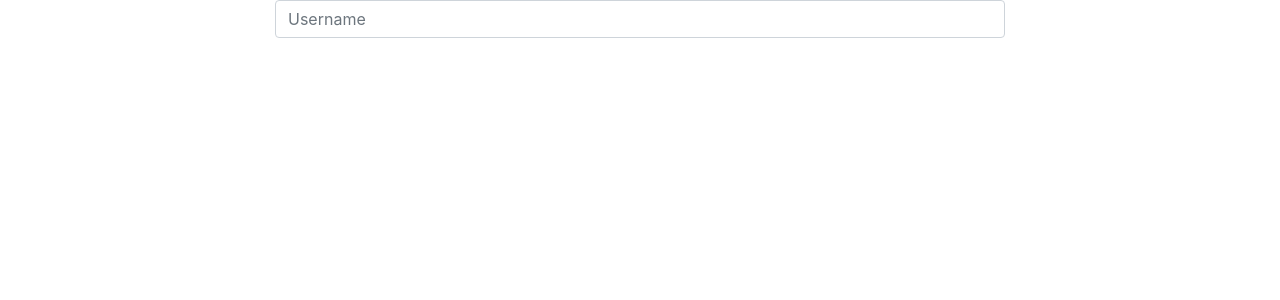
Repository: iian0910/vue3_todoList
Page: /
The author's editor kept a copy of each file at every save. The page is drawn from the files as they stood at one save, then again after the next save.
The browser window is 1280 px wide. The pictures show the whole page.
The project was rebuilt for these pictures with package versions that can differ from the ones it lists, and the page was loaded fresh each time.

Above is the page before, as saved 2021-02-23 14:45:14.

### src/App.vue
<template>
  <TodoList/>
</template>

<script lang="ts">
import { defineComponent } from 'vue'
import TodoList from './components/TodoList.vue'

export default defineComponent({
  name: 'App',
  components: {
    TodoList
  }
})
</script>

<style lang="scss">
@import './assets/scss/all';
</style>

### src/assets/scss/all.scss
@import '~bootstrap/scss/bootstrap.scss';
@import './helpers/variables';

### src/components/TodoList.vue
<template>
  <div class="container">
    <div class="row">
      <div class="col-8 offset-2">
        <input type="text" class="form-control" placeholder="Username">
      </div>
    </div>
  </div>
</template>
<script lang="ts">
export default {

}
</script>
<style lang="scss">

</style>

Loaded but not shown: public/index.html (common file); src/main.ts (common file); src/assets/scss/helpers/_variables.scss (1146 lines, source omitted)

After the next save:
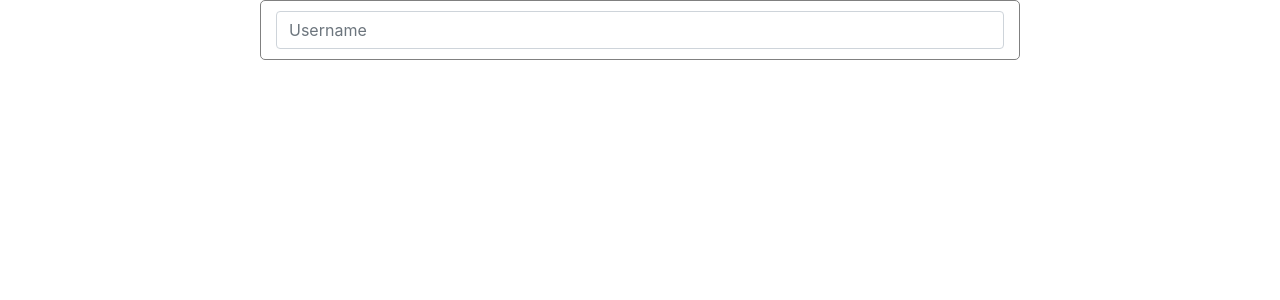
Saved 53 s later.
--- a/src/components/TodoList.vue
+++ b/src/components/TodoList.vue
@@ -1,7 +1,7 @@
 <template>
   <div class="container">
     <div class="row">
-      <div class="col-8 offset-2">
+      <div class="col-8 offset-2 content">
         <input type="text" class="form-control" placeholder="Username">
       </div>
     </div>
@@ -13,5 +13,9 @@ export default {
 }
 </script>
 <style lang="scss">
-
+.content{
+  border: 1px solid gray;
+  border-radius: 5px;
+  padding: 10px;
+}
 </style>
